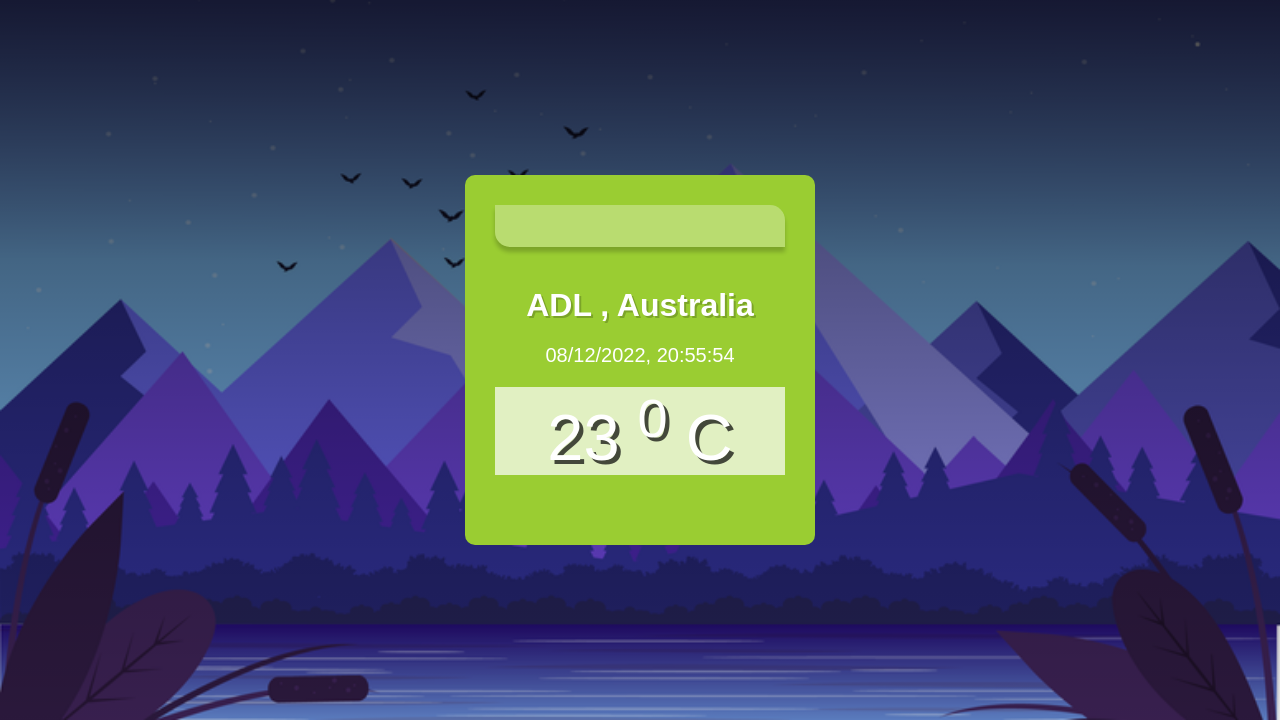
Repository: andrewhuynh561/weather-app-1
Page: index.html
These files come from the project's save history. The page is drawn as it stood at one moment and after the next save; the edit follows.
The browser window is 1280 px wide. The pictures show the whole page.

Above is the page before, as saved 2022-12-08 21:01:05.

### index.html
<!DOCTYPE html>
<html lang="en">
<head>
    <meta charset="UTF-8">
    <meta http-equiv="X-UA-Compatible" content="IE=edge">
    <meta name="viewport" content="width=device-width, initial-scale=1.0">
    <title>Weather app</title>
    <link
     rel="stylesheet"
     href="https://cdnjs.cloudflare.com/ajax/libs/font-awesome/6.0.0-beta2/css/all.min.css"
     integrity="sha512-YWzhKL2whUzgiheMoBFwW8CKV4qpHQAEuvilg9FAn5VJUDwKZZxkJNuGM4XkWuk94WCrrwslk8yWNGmY1EduTA=="
     crossorigin="anonymous"
     referrerpolicy="no-referrer">
    <link rel="stylesheet" href="style.css">
</head>
<body>
    <div id="weather">
        <input type="text" class="search">
        <div class="content">
            <h1 class="capital">
                <span class="city">ADL</span>
                <span>,</span>
                <span class="country">Australia</span>
            </h1>
            <div class="time">08/12/2022, 20:55:54</div>
            <div class="temperature">
                <span class="value">23 <sup>0</sup> C</span>
            </div>
        </div>
    </div>

</body>
</html>

### style.css
*{
    margin: 0;
    padding: 0;
    box-sizing: border-box;
}
body{
    font-family: sans-serif;
    height: 100vh;
    display: flex;
    justify-content: center;
    align-items: center;
    background: linear-gradient(to bottom, rgba(0,0,0,0.7),rgba(0,0,0,0.1)),url(./image/222.png)  no-repeat center/cover;
}

#weather{
    width: 350px;
    border-radius:10px ;
    padding: 30px 30px;
    background: yellowgreen;
}

.search{
    width: 100%;
    padding: 10px 20px;
    border: none;
    outline: none;
    background: rgba(255,255,255,0.3);
    border-radius: 0 15px 0 15px;
    box-shadow:0 5px 4px rgba(0,0,0,0.2);
    transition:0.4s ;
    font-size: 19px;
}
.search:focus{
    background: rgba(255,255,255,0.7);
    border-radius: 15px 0 15px 0;
}
.content{
    text-align: center;
    color: white;
    margin: 40px 0;
}
.capital{
    text-shadow: 2px 2px rgba(0,0,0,0.2);
}
.time{
    margin: 20px 0;
    font-size: 15pt;
}
.temperature{
    font-size: 65px;
    text-shadow: 4px 4px rgba(0,0,0,0.7);
    background: rgba(255,255,255,0.7);
}

After the next save:
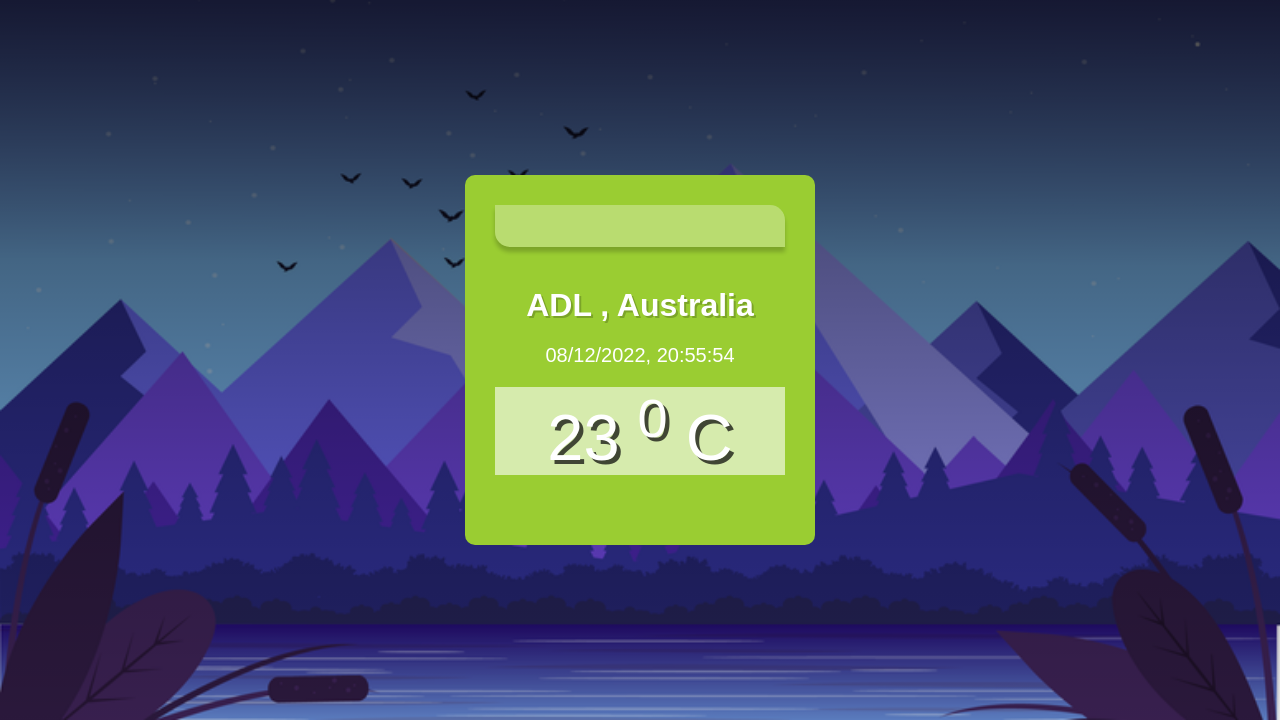
Saved 10 s later.
--- a/style.css
+++ b/style.css
@@ -49,5 +49,6 @@ body{
 .temperature{
     font-size: 65px;
     text-shadow: 4px 4px rgba(0,0,0,0.7);
-    background: rgba(255,255,255,0.7);
+    background: rgba(255,255,255,0.6);
+    padding: auto;
 }
